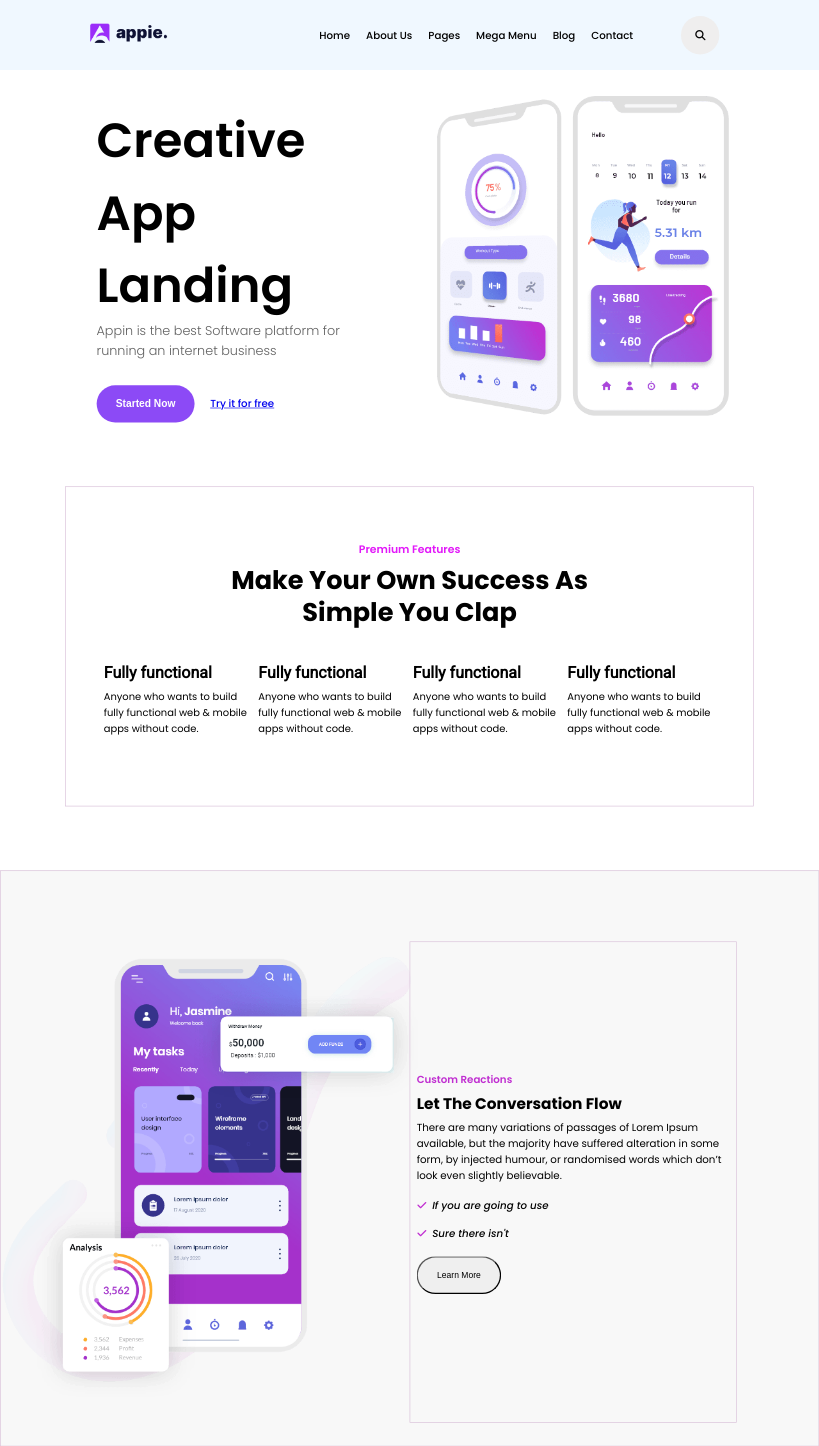
Repository: northpx/landingpage
Page: index.html
The author's editor kept a copy of each file at every save. The page is drawn from the files as they stood at one save, then again after the next save.
The browser window is 1280 px wide. The pictures show the whole page, at 64% of full size.

Above is the page before, as saved 2022-12-28 16:06:23.

### index.html
<!DOCTYPE html>
<html lang="en">

<head>
    <meta charset="UTF-8">
    <meta http-equiv="X-UA-Compatible" content="IE=edge">
    <meta name="viewport" content="width=device-width, initial-scale=1.0">
    <link rel="stylesheet" href="/src/css/style.css">
    <link rel="stylesheet" href="https://cdnjs.cloudflare.com/ajax/libs/font-awesome/6.2.1/css/all.min.css"
        integrity="sha512-MV7K8+y+gLIBoVD59lQIYicR65iaqukzvf/nwasF0nqhPay5w/9lJmVM2hMDcnK1OnMGCdVK+iQrJ7lzPJQd1w=="
        crossorigin="anonymous" referrerpolicy="no-referrer" />
    <title>Document</title>

</head>

<body>
    <div class="container">
        <div class="navbar">
            <div class="logo">
                <div class="logo-img">
                    <img src="image/purple-logo.png" alt="">
                </div>
            </div>
            <div class="menu">
                <div class="menu-list">
                    <ul class="menu-item">
                        <li class="item">Home</li>
                        <li class="item">About Us</li>
                        <li class="item">Pages</li>
                        <li class="item">Mega Menu</li>
                        <li class="item">Blog</li>
                        <li class="item">Contact</li>
                    </ul>
                </div>
                <i class="fa-solid fa-bars"></i>
                <div class="search">
                    <div class="box-search">
                        <i class="fa-solid fa-magnifying-glass"></i>
                    </div>
                </div>
            </div>

        </div>
        <div class="header">
            <div class="header1">
                <div class="content">
                    <div class="header1_content">
                        <h1>Creative <br>App Landing</h1>
                        <h6>Appin is the best Software platform for running an internet business</h6>
                    </div>
                    <button class="btn_start">
                        Started Now
                    </button>
                    <a href="#">Try it for free</a>
                </div>
            </div>
            <div class="header2">
                <div class="header2_image">
                    <img src="image/home1-app-screen.png" alt="">
                </div>
            </div>
        </div>
        <div class="section2">
            <div class="section2_box">
                <div class="section2_title">
                    <p>Premium Features</p>
                    <h2>Make Your Own Success As <br>Simple You Clap</h2>
                </div>
                <div class="section2_content">
                    <div class="section2_content_body">
                        <div class="content1">
                            <div class="content_title">
                                <h2>Fully functional</h2>
                                <p>Anyone who wants to build fully functional web & mobile apps without code.</p>
                            </div>
                        </div>
                        <div class="content1">
                            <div class="content_title">
                                <h2>Fully functional</h2>
                                <p>Anyone who wants to build fully functional web & mobile apps without code.</p>
                            </div>
                        </div>
                        <div class="content1">
                            <div class="content_title">
                                <h2>Fully functional</h2>
                                <p>Anyone who wants to build fully functional web & mobile apps without code.</p>
                            </div>
                        </div>
                        <div class="content1">
                            <div class="content_title">
                                <h2>Fully functional</h2>
                                <p>Anyone who wants to build fully functional web & mobile apps without code.</p>
                            </div>
                        </div>
                    </div>
                </div>
            </div>
        </div>
        <div class="section3_container">
            <div class="section3">
                <div class="section3_img">
                    <div class="image">
                        <img src="image/Screen-1-1.png" alt="">
                    </div>
                </div>
                <div class="section3_content">
                    <div class="content3">
                        <h2>Custom Reactions</h2>
                        <h2>Let The Conversation Flow</h2>
                        <p>
                            There are many variations of passages of Lorem Ipsum available, but the majority have
                            suffered alteration in some form, by injected humour, or randomised words which don’t look
                            even slightly believable.
                        </p>
                        <ul>
                            <li>
                                <i class="fa-solid fa-check"></i>
                                <span>If you are going to use</span>
                            </li>
                            <li>
                                <i class="fa-solid fa-check"></i>
                                <span>Sure there isn't</span>
                            </li>
                        </ul>
                        <div class="btn-section3">
                            <button>Learn More</button>
                        </div>
                    </div>
                </div>
            </div>
        </div>
    </div>

</html>

### src/css/style.css
@import url('https://fonts.googleapis.com/css2?family=Poppins:ital,wght@0,200;0,300;0,400;0,500;0,600;0,700;0,800;0,900;1,200;1,300;1,400;1,500;1,600;1,700;1,800;1,900&family=Roboto&display=swap');
@import url(https://fonts.googleapis.com/css?family=Open+Sans:300,400,700);
*{
    padding: 0;
    margin: 0;
    box-sizing: border-box;
}
body{
    font-family: 'Poppins';
}
.container{
    width: 100%;
    height: 1000px;
    /* overflow: auto; */
}

.navbar{
    display: flex;
    width: 100%;
    height: 110px;
    align-items: center;
    margin: 0 auto;
    padding: 0 11%;
    position: sticky;
    top: 0;
    z-index: 5;
    background-color: aliceblue;
}


.menu{
    display: flex;
    margin-left: auto;
    align-items: center;
}

.menu .menu-item{
    display: flex;
    list-style-type: none;
}

.item{
    margin-right: 25px;
    font-weight: 500;
}

.search{
    margin-left: 50px;
    margin-right: 5px;
    align-items: center;
}
.box-search{
    width: 60px;
    height: 60px;
    background: #efeeee;
    color: rgb(4, 4, 4);
    display: inline-flex;
    align-items: center;
    justify-content: center;
    border-radius: 50%;
    margin-right: 10px;
}

.fa-solid.fa-bars{
    display: none;
}

.header{
    width: 78%;
    height: 550px;
    margin: 0 auto;
}

.header1{
    float: left;
    width: 50%;
    height: 550px;
    position: relative;
}
.header2{
    float: left;
    width: 50%;
    height: 550px;
    position: relative;
}
.header::after{
    content: "";
    display: table;
    clear: both;
}

.content{
    position: absolute;
    width: 90%;
    bottom: 0;
    left: 0;
    padding-left: 10px;
}
.header2_image{
    position: absolute;
    right: 0;
    bottom: 0;
}

.btn_start{
    border-radius: 30px;
    padding: 20px 30px;
    font-size: 16px;
    font-weight: 600;
    color: white;
    margin-right: 20px;
    border: none;
    outline: none;
    background-color: rgb(140, 74, 246);
}

a{
    font-size: 16px;
    font-weight: 500;
}

.header1_content{
    margin-bottom: 40px;
}
h1{
    font-size: 75px;
    font-weight: 600;
}

h6{
    font-weight: 300;
    font-size: 20px;
    color: rgb(97, 97, 97);
}

.section2{
    width: 84%;
    height: 500px;
    display: flex;
    flex-direction: column;
    border: 1px solid thistle;
    margin: 100px auto;
    /* margin-top: 100px; */
    align-items: center;
    justify-content: center;
}
.section2_title{
    text-align: center;
}
.section2_title h2{
    font-size: 40px;
    line-height: 50px;
}
.section2_title p{
    font-size: 17px;
    font-weight: 600;
    color: rgb(226, 24, 249);
    margin-bottom: 10px;
}
.section2_box{
    display: flex;
    flex-direction: column;
    margin-bottom: 20px;
    align-items: center;
    justify-content: center;
}

.section2_content{
    width: 100%;
    margin-top: 50px;
}
.section2_content_body{
    width: 90%;
    display: flex;
    margin: 0 auto;
}
.content1{
    width: 25%;
    padding: 5px;
}

.content_title h2{
    font-family: 'Roboto';
    font-weight: bold;
    font-size: 25px;
    margin-bottom: 10px;
}
.content_title p {
    line-height: 25px;
    font-size: 15.5px;
}

.section3_container{
    width: 100%;
    height: 900px;
    border: 1px solid thistle;
    background-color: rgb(248, 248, 248);
    padding: 110px 0px 70px;
}

.section3{
    width: 80%;
    display: flex;
    margin: 0 auto;
}

.section3_img{
    width: 50%;
    align-items: center;
    display: flex;
    flex-wrap: wrap;
    justify-content: center;
    line-height: 30px;
    padding: 10px;
}
.image{
    margin-left: -100px;
}
.section3_img img{
    display: inline-block;
    text-align: left;
}

.section3_content{
    display: flex;
    flex-wrap: wrap;
    align-items: center;
    justify-content: center;
    width: 50%;
    border: 1px solid thistle;
    padding: 10px;
}
.content3{
    width: 100%;
}

.content3 ul{
    list-style-type: none;
    line-height: 30px;
    margin: 20px 0px;
}
.content3 li:nth-child(1){
    padding-bottom: 7px;
}
.content3 li:nth-child(2){
    margin-top: 7px;
}
.content3 span{
    font-style: italic;
    font-weight: 500;
}
.fa-solid.fa-check{
    width: 20px;
    height: 16px;
    color: #c02ed1;
    font-weight: 900;
}

.btn-section3 button{
    padding: 20px 30px;
    border-radius: 40px;
}
.content3 h2:nth-child(1){
    font-size: 16px;
    font-weight: 600;
    color: #c02ed1;
    line-height: 28px;
}
.content3 h2:nth-child(2){
    line-height: 48px;
    font-size: ;
}

After the next save:
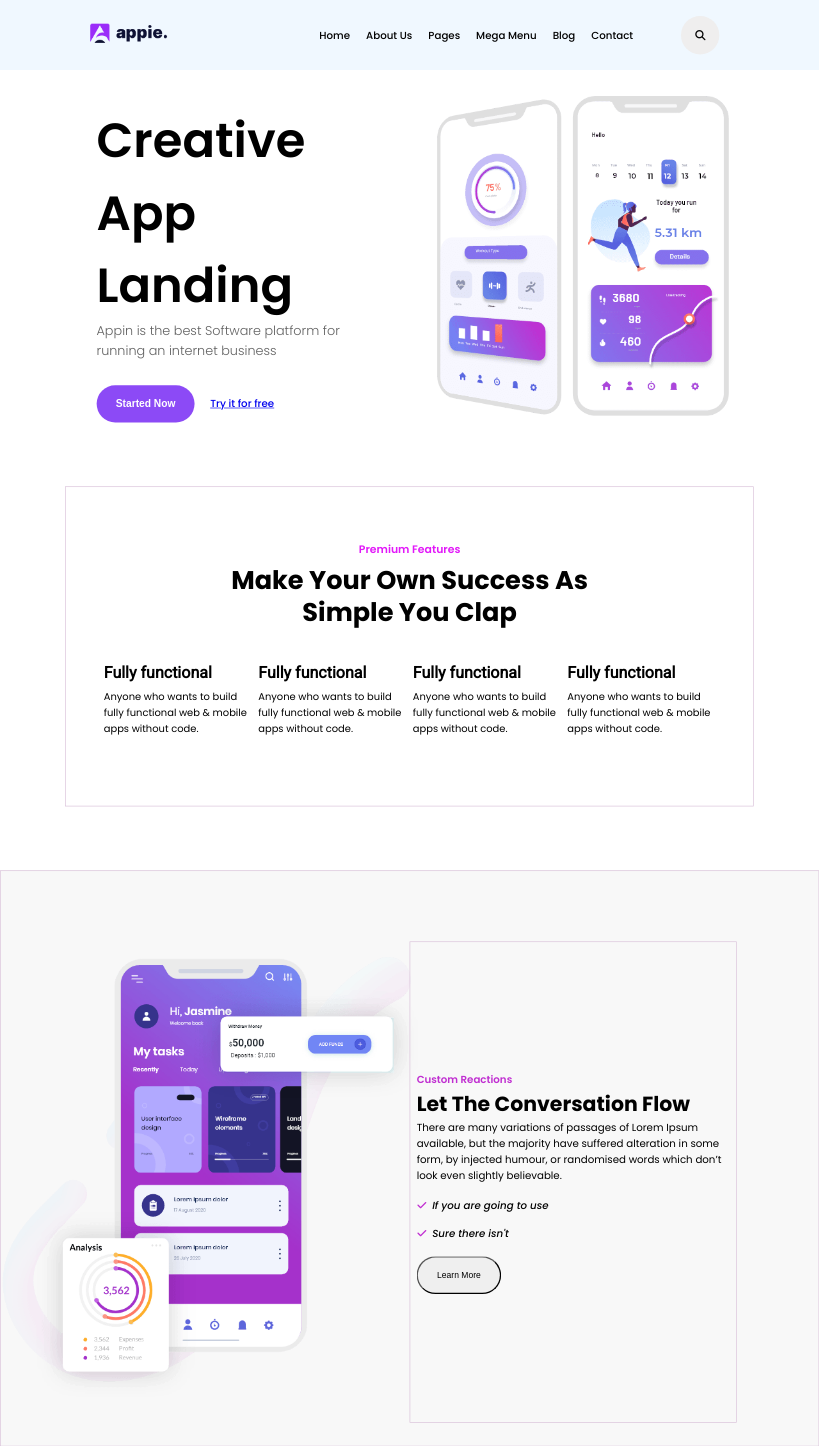
Saved 5 s later.
--- a/src/css/style.css
+++ b/src/css/style.css
@@ -268,5 +268,5 @@ h6{
 }
 .content3 h2:nth-child(2){
     line-height: 48px;
-    font-size: ;
-}
+    font-size: 32px;
+}
